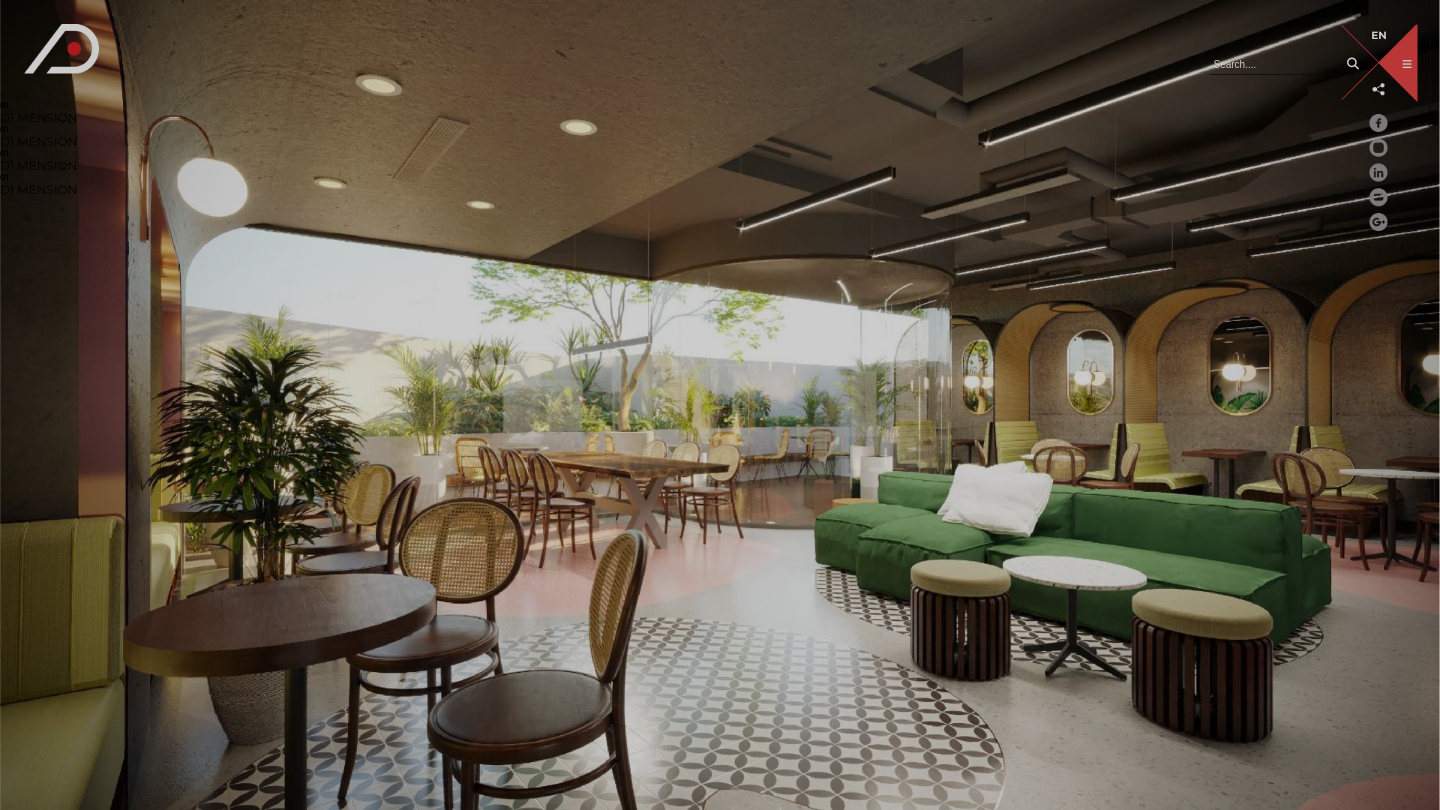
Repository: iphoneboy46/demoMonaFigma
Page: index.html
These files come from the project's save history. The page is drawn as it stood at one moment and after the next save; the edit follows.
The browser window is 1280 px wide. The page is 1920 px wide, so the pictures cover 1920 px, including what lies to the right of the window. The pictures show the whole page, at 75% of full size.
Some web libraries are served in a nearby version.

Above is the page before, as saved 2023-03-20 13:29:00.

### index.html
<!DOCTYPE html>
<html lang="en">
  <head>
    <meta charset="UTF-8" />
    <meta http-equiv="X-UA-Compatible" content="IE=edge" />
    <meta name="viewport" content="width=device-width, initial-scale=1.0" />
    <title>Demo Page</title>
    <link rel="stylesheet" href="style.css" />
    <link rel="preconnect" href="https://fonts.googleapis.com" />
    <link rel="preconnect" href="https://fonts.gstatic.com" crossorigin />
    <link
      href="https://fonts.googleapis.com/css2?family=Montserrat:wght@400;700&display=swap"
      rel="stylesheet"
    />
    <link
      rel="stylesheet"
      href="https://cdnjs.cloudflare.com/ajax/libs/font-awesome/6.3.0/css/all.min.css"
      integrity="sha512-SzlrxWUlpfuzQ+pcUCosxcglQRNAq/DZjVsC0lE40xsADsfeQoEypE+enwcOiGjk/bSuGGKHEyjSoQ1zVisanQ=="
      crossorigin="anonymous"
      referrerpolicy="no-referrer"
    />
  </head>
  <body>
    <header>
      <div class="header_top">
        <div class="header_top-logo">
          <img src="image/Layer 2 1.png" alt="" />
        </div>
        <div class="header_top-menu">
          <ul class="header_top-menu--list">
            <li class="header_top-menu--items">
              <div class="arrow-down">
                <div class="header_menu--item-1">EN</div>
              </div>
            </li>
            <li class="header_top-menu--items">
              <div class="arrow-right">
                <input placeholder="Search...." type="text" />
                <i class="fa-solid fa-magnifying-glass header_menu--item-2"></i>
              </div>
            </li>
            <li class="header_top-menu--items">
              <div class="arrow-left">
                <i class="fa-solid fa-bars header_menu--item-3"></i>
              </div>
            </li>
            <li class="header_top-menu--items">
              <div class="arrow-up">
                <img
                  class="header_menu--item-4"
                  src="image/path2191.png"
                  alt=""
                />
              </div>
              <ul class="header_menu--links">
                <li>
                  <a href="">
                    <img src="image/01.Facebook.png" alt="" />
                  </a>
                </li>
                <li>
                  <a href="">
                    <img src="image/Vector (1).png" alt="" />
                  </a>
                </li>
                <li>
                  <a href="">
                    <img src="image/10.Linkedin.png" alt="" />
                  </a>
                </li>
                <li>
                  <a href="">
                    <img src="image/ytb.png" alt="" />
                  </a>
                </li>
                <li>
                  <a href="">
                    <img src="image/gg.png" alt="" />
                  </a>
                </li>
              </ul>
            </li>
          </ul>
        </div>
      </div>
      <div class="header_bottom">
        <div class="header_bottom-1">
          <h6>01</h6>
          <p>D1 MENSION</p>
        </div>
        <div class="header_bottom-1">
          <h6>01</h6>
          <p>D1 MENSION</p>
        </div>
        <div class="header_bottom-1">
          <h6>01</h6>
          <p>D1 MENSION</p>
        </div>
        <div class="header_bottom-1">
          <h6>01</h6>
          <p>D1 MENSION</p>
        </div>
      </div>
    </header>
    <script src="index.js"></script>
  </body>
</html>

### style.css
* {
    padding: 0;
    margin: 0;
    box-sizing: border-box;
}

body {
    width: 1920px;
    margin: 0 auto;

}

:root {
    --color-main: #e84545;
}

header {
    width: 1920px;
    height: 1080px;
    background: url(./image/img-pip@2x\ 1.png);
    background-size: 100%;
    background-repeat: no-repeat;
    filter: brightness(80%);
    z-index: 1;
    font-family: "Montserrat", sans-serif;
}



.header_top {
    display: flex;
    justify-content: space-between;
    padding: 32px;

}

.header_top-logo {}

.header_top-menu--list {
    color: white;
    list-style: none;
    position: relative;
    padding-right: 50px;
}

.header_top-menu--list::before {
    content: "";
    display: block;
    position: absolute;
    width: 141px;
    height: 1px;
    top: 0px;
    left: -120px;
    transform: rotate(45deg) translate(50%, 50%);
    background-color: var(--color-main);
}

.header_top-menu--list::after {
    content: "";
    display: block;
    position: absolute;
    width: 141px;
    height: 1px;
    top: 100px;
    left: -120px;
    transform: rotate(-45deg) translate(50%, 50%);
    background-color: var(--color-main);
}

.header_top-menu--items {
    position: relative;
    cursor: pointer;
}



.arrow-down {
    width: 0;
    height: 0;
    z-index: 1;
    border-top: 52px solid transparent;
    border-right: 52px solid transparent;
    border-left: 52px solid transparent;
    position: absolute;
    left: -104px;
    top: -26px;
    transform: translate(50%, 50%);
    transition: all linear 0.5s;

}



.arrow-up {
    width: 0;
    height: 0;
    border-bottom: 52px solid transparent;
    border-right: 52px solid transparent;
    border-left: 52px solid transparent;
    position: absolute;
    transform: translate(50%, 50%);
    left: -103px;
    top: 25px;

    transition: all linear 0.5s;
}



.arrow-left {
    width: 0;
    height: 0;
    border-top: 52px solid transparent;
    border-bottom: 52px solid transparent;
    border-left: 52px solid transparent;
    position: absolute;
    transform: translate(50%, 50%);
    top: -50px;
    left: -75px;
    transition: all linear 0.5s;

}


.arrow-right {
    width: 0;
    height: 0;
    border-top: 52px solid transparent;
    border-bottom: 52px solid transparent;
    border-right: 52px solid #E84545;
    position: absolute;
    right: -52px;

    transition: all linear 0.5s;

}

.arrow-right>input {
    position: absolute;
    top: -10px;
    right: 25px;
    width: 200px;
    background-color: transparent;
    padding: 5px;
    color: white;
    outline: none;
    border: none;
    border-bottom: 1px solid #0C0B09;
    z-index: 5;
}

.arrow-right>input::placeholder{
    color:white;
}

.arrow-right>input:focus{
    border-bottom: 1px solid #ffffff;
}



.header_menu--item-1 {


    position: absolute;
    top: -85px;
    left: -50px;
    transform: translate(50%, 50%);
    color: white;
    font-size: 14px;
    font-weight: 700;
    padding: 15px;
    z-index: 10;
}

.header_menu--item-2 {
    position: absolute;
    top: -45px;
    left: -80px;
    transform: translate(50%, 50%);
    color: white;

    font-size: 16px;
    font-weight: 700;
    padding: 15px;
    z-index: 10;
}

.header_menu--item-3 {
    position: absolute;
    top: -45px;
    right: -35px;
    transform: translate(50%, 50%);
    color: white;
    font-size: 14px;
    font-weight: 700;
    padding: 15px;
    z-index: 10;
}

.header_menu--item-4 {
    position: absolute;


    top: -10px;
    left: -47px;
    transform: translate(50%, 50%);
    color: white;
    font-size: 14px;
    font-weight: 700;
    padding: 15px;
    z-index: 10;
}

.header_menu--links{
    position: absolute;
    top:120px;
    left: -12px;
    list-style: none;
}

.header_menu--links > li {
    margin-bottom: 5px;
}

.header_menu--links > li > a > img {
   width: 24px;
   height: 24px;
   filter: brightness(60%);
   transition: all linear 0.5s;
}

.header_menu--links > li > a > img:hover{
    position: absolute;
    bottom:0;
    border:3px solid var(--color-main);
    box-shadow: 0px 0px 20px orangered;
    border-radius: 50%;
}

Loaded but not shown: index.js (no stored copy; drawn as an empty file)

After the next save:
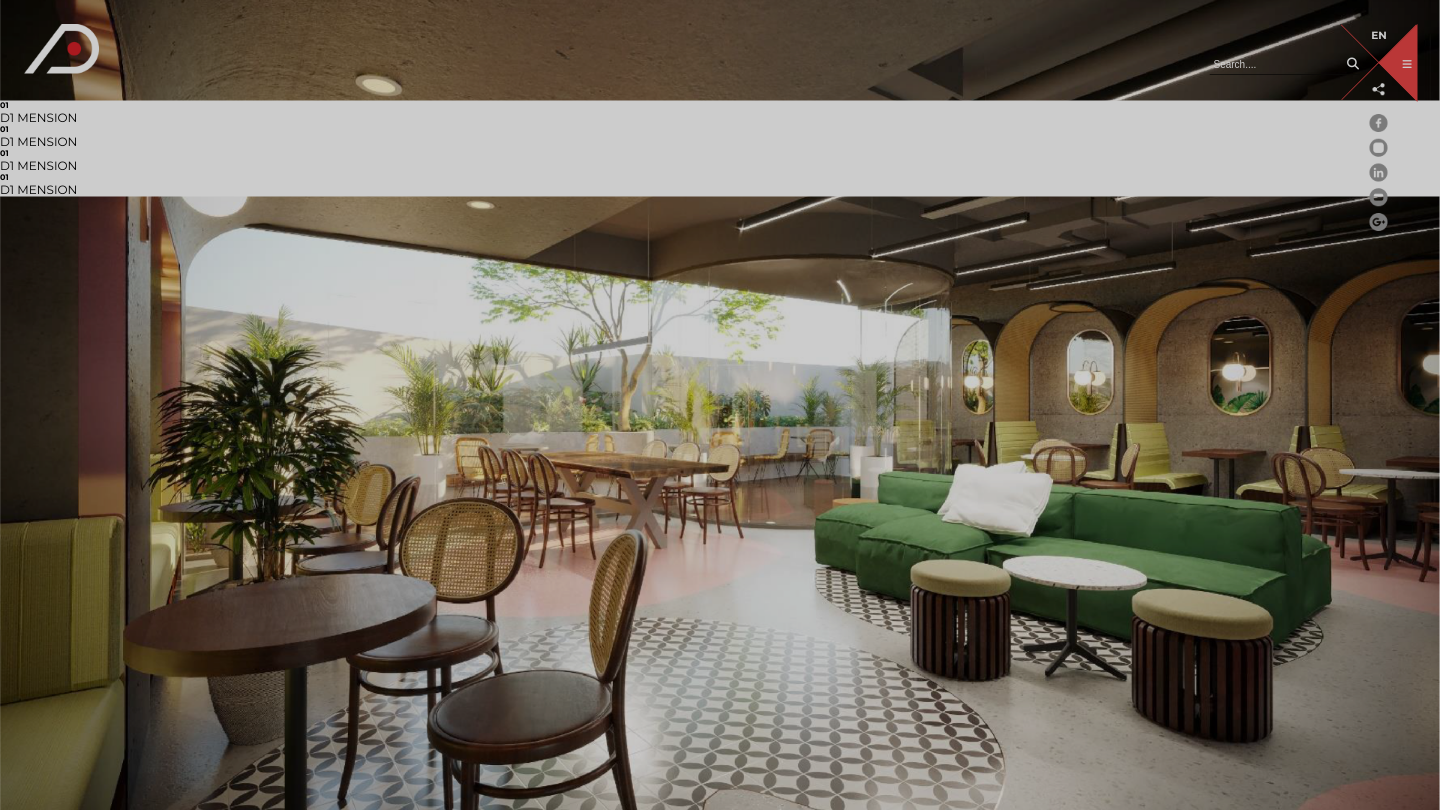
Saved 91 s later.
--- a/style.css
+++ b/style.css
@@ -237,3 +237,8 @@ header {
     box-shadow: 0px 0px 20px orangered;
     border-radius: 50%;
 }
+
+.header_bottom{
+    width: 100%;
+    background: white;
+}
